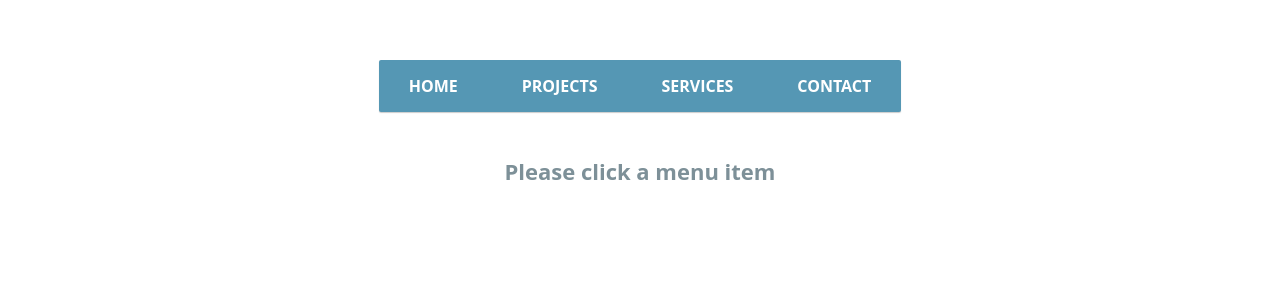
Repository: darekstanisz/zajecia1
Page: index.html
The author's editor kept a record of every edit. The page is drawn from the files as they stood at one moment, then again after the next edit.
The browser window is 1280 px wide. The pictures show the whole page.
Some web libraries are served in a nearby version.

Above is the page before.

After the next edit:
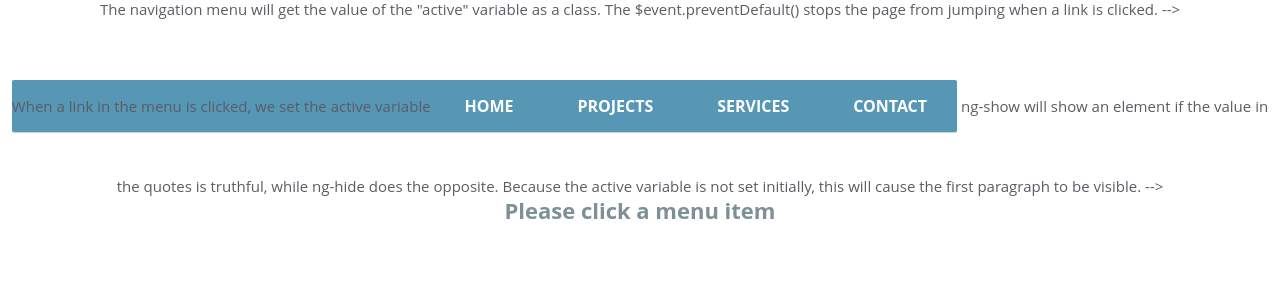
The edit:
--- a/index.html
+++ b/index.html
@@ -3,14 +3,14 @@
         <link rel="stylesheet" type="text/css" href="style.css">
     </head>
     <body ng-app>
-        <!-- Adding the ng-app declaration to initialize AngularJS -->
+         <!--Adding the ng-app declaration to initialize AngularJS -->
         <div id="main" ng-app>
-        	<!-- The navigation menu will get the value of the "active" variable as a class.
+        	 The navigation menu will get the value of the "active" variable as a class.
         		 The $event.preventDefault() stops the page from jumping when a link is clicked. -->
 
         	<nav class="{{active}}" ng-click="$event.preventDefault()">
 
-        		<!-- When a link in the menu is clicked, we set the active variable -->
+        		 When a link in the menu is clicked, we set the active variable
 
         		<a href="#" class="home" ng-click="active='home'">Home</a>
         		<a href="#" class="projects" ng-click="active='projects'">Projects</a>
@@ -18,13 +18,20 @@
         		<a href="#" class="contact" ng-click="active='contact'">Contact</a>
         	</nav>
 
-        	<!-- ng-show will show an element if the value in the quotes is truthful,
+        	 ng-show will show an element if the value in the quotes is truthful,
         		 while ng-hide does the opposite. Because the active variable is not set
         		 initially, this will cause the first paragraph to be visible. -->
 
         	<p ng-hide="active">Please click a menu item</p>
         	<p ng-show="active">You chose <b>{{active}}</b></p>
         </div>
+        <!--<div ng-app ng-controller="TestCtrl">-->
+        <!--<ul>-->
+        <!--    <li ng-repeat="result in results">-->
+        <!--        {{result.title.$t}}-->
+        <!--    </li>-->
+        <!--</ul>-->
+</div>
         <script src="https://ajax.googleapis.com/ajax/libs/angularjs/1.0.7/angular.min.js"></script>
     </body>
 </html>
